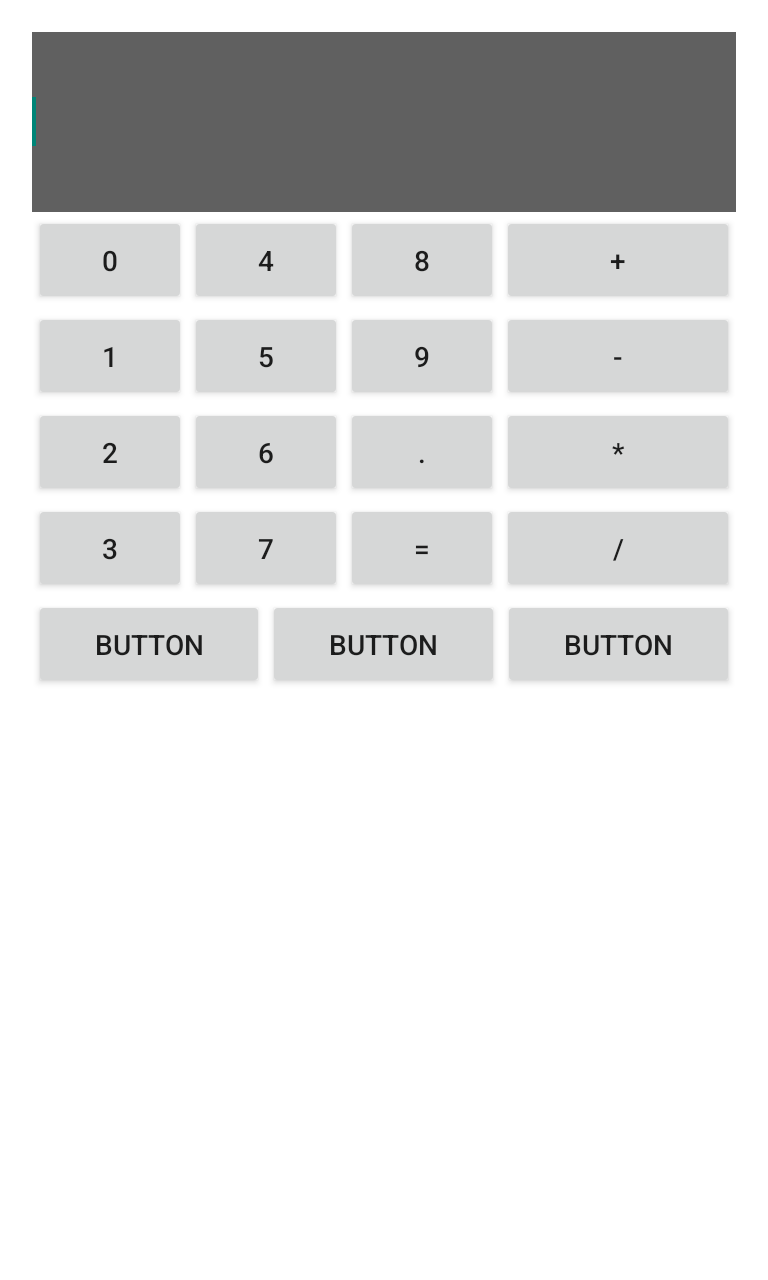
Repository: roopasree/new-pgm
Layout: Newapp/res/layout/ctivity3_main.xml
These files come from the project's save history. The layout is drawn as it stood at one moment and after the next save; the edit follows.
It is drawn on a 768 x 1280 px phone screen (xhdpi) without system bars, with theme AppTheme; the app's code is not run.

Above is the layout before, as saved 2015-02-16 06:54:06.

### Newapp/res/layout/ctivity3_main.xml
<RelativeLayout xmlns:android="http://schemas.android.com/apk/res/android"
    xmlns:tools="http://schemas.android.com/tools"
    android:layout_width="match_parent"
    android:layout_height="match_parent"
    android:background="#ffffff"
    android:paddingBottom="@dimen/activity_vertical_margin"
    android:paddingLeft="@dimen/activity_horizontal_margin"
    android:paddingRight="@dimen/activity_horizontal_margin"
    android:paddingTop="@dimen/activity_vertical_margin"
    tools:context="com.example.newapp.MainActivity" >

    <EditText
        android:id="@+id/editText1"
        android:layout_width="match_parent"
        android:layout_height="90dp"
        android:background="#606060"
        android:ems="10" >

        <requestFocus />
    </EditText>

    <LinearLayout
        android:id="@+id/linearLayout1"
        android:layout_width="match_parent"
        android:layout_height="wrap_content"
        android:layout_alignLeft="@+id/editText1"
        android:layout_below="@+id/editText1"
        android:weightSum="4.0" >

        <LinearLayout
            android:layout_width="wrap_content"
            android:layout_height="match_parent"
            android:layout_weight="1.0"
            android:orientation="vertical"
            android:weightSum="4.0" >

            <Button
                android:id="@+id/button1"
                style="?android:attr/buttonStyleSmall"
                android:layout_width="match_parent"
                android:layout_height="wrap_content"
                android:layout_weight="1.0"
                android:text="0" />

            <Button
                android:id="@+id/button2"
                style="?android:attr/buttonStyleSmall"
                android:layout_width="match_parent"
                android:layout_height="wrap_content"
                android:layout_weight="1.0"
                android:text="1" />

            <Button
                android:id="@+id/button3"
                style="?android:attr/buttonStyleSmall"
                android:layout_width="match_parent"
                android:layout_height="wrap_content"
                android:layout_weight="1.0"
                android:text="2" />

            <Button
                android:id="@+id/button4"
                style="?android:attr/buttonStyleSmall"
                android:layout_width="match_parent"
                android:layout_height="wrap_content"
                android:layout_weight="1.0"
                android:text="3" />
        </LinearLayout>

        <LinearLayout
            android:layout_width="wrap_content"
            android:layout_height="match_parent"
            android:layout_weight="1.0"
            android:orientation="vertical"
            android:weightSum="4.0" >

            <Button
                android:id="@+id/button5"
                style="?android:attr/buttonStyleSmall"
                android:layout_width="match_parent"
                android:layout_height="wrap_content"
                android:layout_weight="1.0"
                android:text="4" />

            <Button
                android:id="@+id/button6"
                style="?android:attr/buttonStyleSmall"
                android:layout_width="match_parent"
                android:layout_height="wrap_content"
                android:layout_weight="1.0"
                android:text="5" />

            <Button
                android:id="@+id/button7"
                style="?android:attr/buttonStyleSmall"
                android:layout_width="match_parent"
                android:layout_height="wrap_content"
                android:layout_weight="1.0"
                android:text="6" />

            <Button
                android:id="@+id/button8"
                style="?android:attr/buttonStyleSmall"
                android:layout_width="match_parent"
                android:layout_height="wrap_content"
                android:layout_weight="1.0"
                android:text="7" />
        </LinearLayout>

        <LinearLayout
            android:layout_width="wrap_content"
            android:layout_height="match_parent"
            android:layout_weight="1.0"
            android:orientation="vertical"
            android:weightSum="4.0" >

            <Button
                android:id="@+id/button9"
                style="?android:attr/buttonStyleSmall"
                android:layout_width="match_parent"
                android:layout_height="wrap_content"
                android:text="8" />

            <Button
                android:id="@+id/button10"
                style="?android:attr/buttonStyleSmall"
                android:layout_width="match_parent"
                android:layout_height="wrap_content"
                android:text="9" />

            <Button
                android:id="@+id/button11"
                style="?android:attr/buttonStyleSmall"
                android:layout_width="match_parent"
                android:layout_height="wrap_content"
                android:text="." />

            <Button
                android:id="@+id/button12"
                style="?android:attr/buttonStyleSmall"
                android:layout_width="match_parent"
                android:layout_height="wrap_content"
                android:text="=" />
        </LinearLayout>

        <LinearLayout
            android:layout_width="wrap_content"
            android:layout_height="match_parent"
            android:layout_weight="1.0"
            android:orientation="vertical" >

            <Button
                android:id="@+id/button13"
                android:layout_width="match_parent"
                android:layout_height="wrap_content"
                android:text="+" />

            <Button
                android:id="@+id/button14"
                android:layout_width="match_parent"
                android:layout_height="wrap_content"
                android:text="-" />

            <Button
                android:id="@+id/button15"
                android:layout_width="match_parent"
                android:layout_height="wrap_content"
                android:text="*" />

            <Button
                android:id="@+id/button16"
                android:layout_width="match_parent"
                android:layout_height="wrap_content"
                android:text="/" />
        </LinearLayout>
    </LinearLayout>

    <LinearLayout
        android:layout_width="match_parent"
        android:layout_height="wrap_content"
        android:layout_alignLeft="@+id/linearLayout1"
        android:layout_below="@+id/linearLayout1"
        android:weightSum="3.0" >

        <Button
            android:id="@+id/button17"
            android:layout_width="wrap_content"
            android:layout_height="wrap_content"
            android:layout_weight="1.0"
            android:text="Button" />

        <Button
            android:id="@+id/button18"
            android:layout_width="wrap_content"
            android:layout_height="wrap_content"
            android:layout_weight="1.0"
            android:text="Button" />

        <Button
            android:id="@+id/button19"
            android:layout_width="wrap_content"
            android:layout_height="wrap_content"
            android:layout_weight="1.0"
            android:text="Button" />
    </LinearLayout>

</RelativeLayout>

Loaded but not shown: Newapp/res/values/styles.xml (common file); Newapp/res/values-v11/styles.xml (common file); Newapp/res/values-v14/styles.xml (common file); Newapp/res/values/dimens.xml (common file); Newapp/res/values-w820dp/dimens.xml (common file)

After the next save:
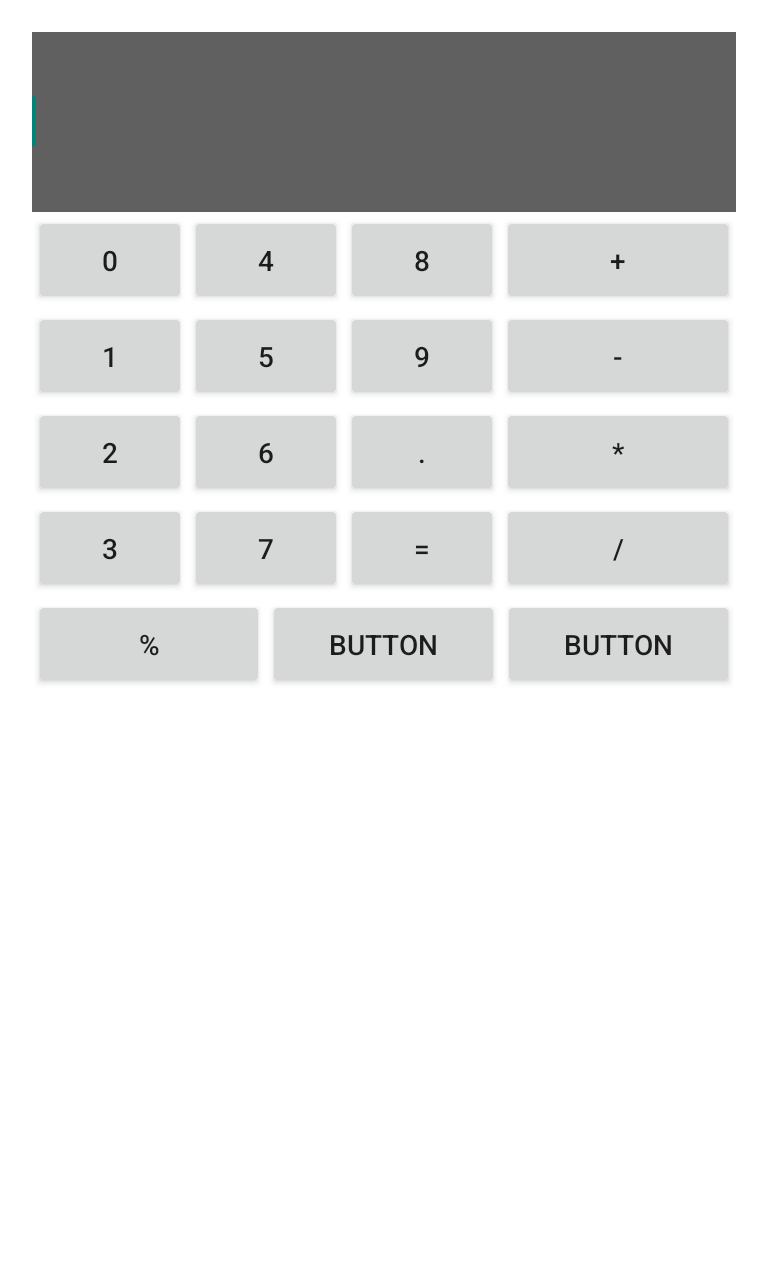
Saved 13 s later.
--- a/Newapp/res/layout/ctivity3_main.xml
+++ b/Newapp/res/layout/ctivity3_main.xml
@@ -187,7 +187,7 @@
             android:layout_width="wrap_content"
             android:layout_height="wrap_content"
             android:layout_weight="1.0"
-            android:text="Button" />
+            android:text="%" />
 
         <Button
             android:id="@+id/button18"
